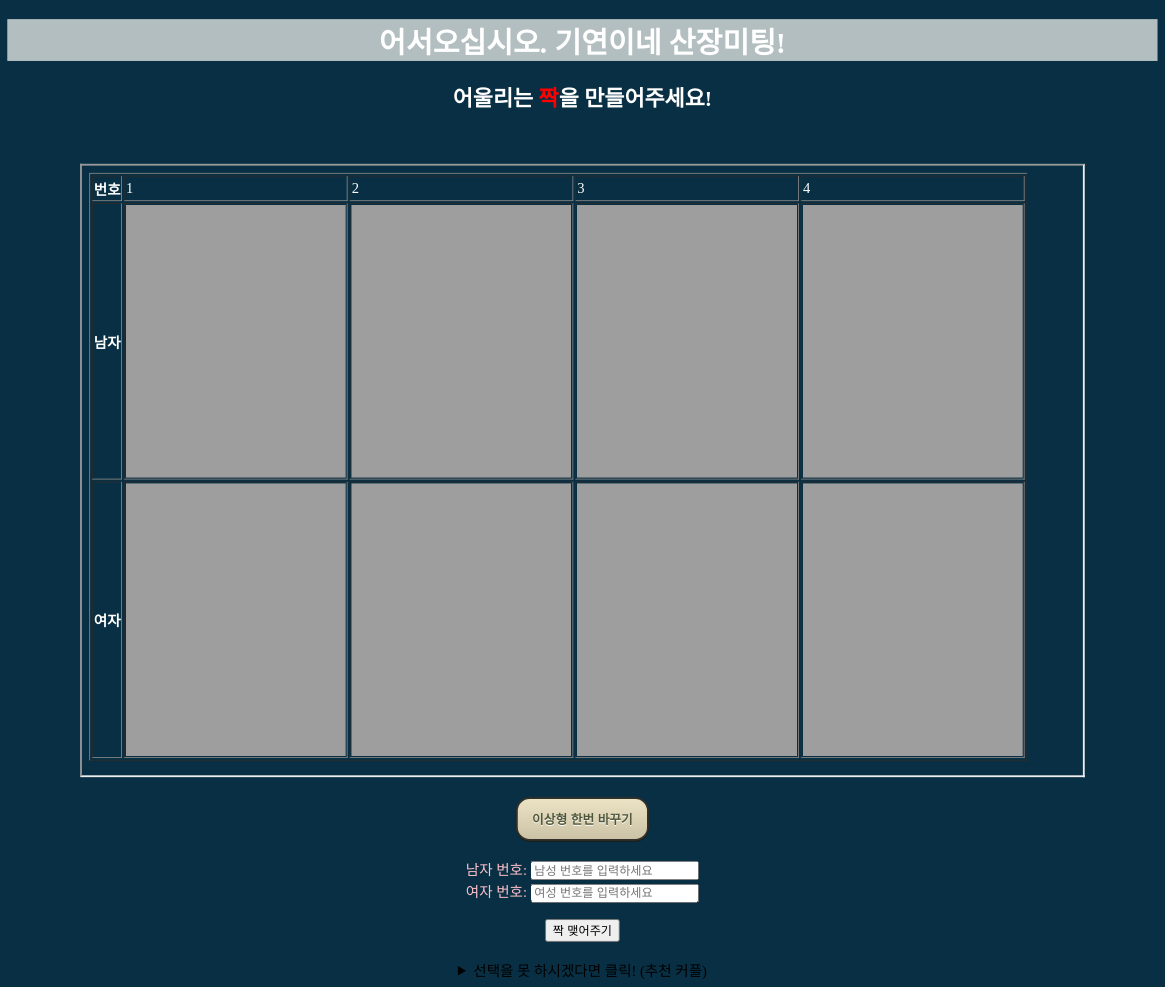
Repository: trapezer84/JSP
Page: http://localhost/AEA_Assignment/
The author's editor kept a copy of each file at every save. The page is drawn from the files as they stood at one save, then again after the next save.
The browser window is 1280 px wide. The pictures show the whole page, at 91% of full size.
The page is served by Tomcat 9.

Above is the page before, as saved 2016-02-05 01:24:42.

After the next save:
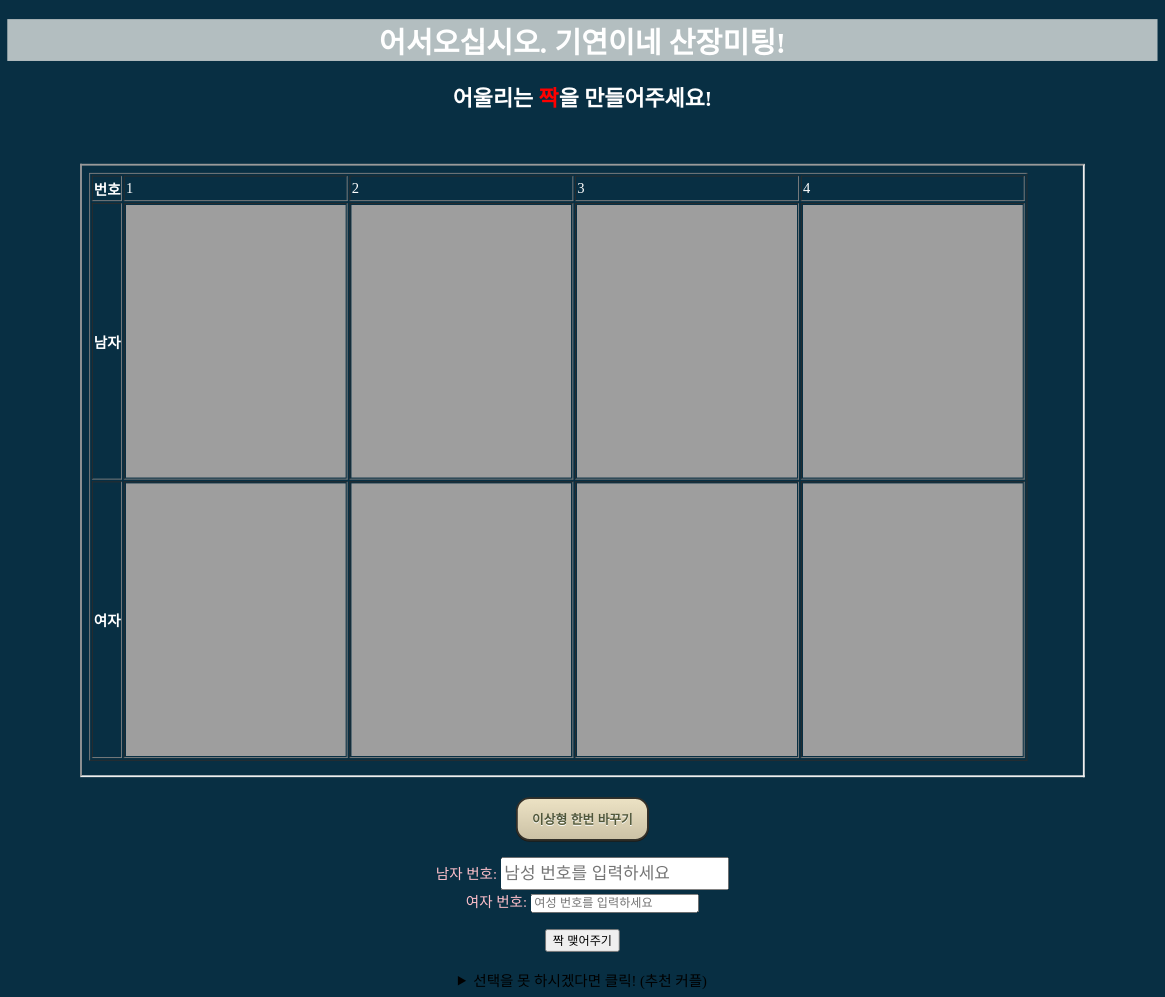
Saved 20 min 16 s later.
--- a/AEA_Assignment/WebContent/index.jsp
+++ b/AEA_Assignment/WebContent/index.jsp
@@ -81,7 +81,7 @@
 
 	<div align="center" style="color: pink">
 		<form method="post" action="/AEA_Assignment/result">
-			남자 번호: <input type="text" name="man" placeholder="남성 번호를 입력하세요"><br>
+			남자 번호: <input type="text" name="man" placeholder="남성 번호를 입력하세요" style="height:30px; font-size:14pt"><br>
 			여자 번호: <input type="text" name="woman" placeholder="여성 번호를 입력하세요"><br>
 			<br /> <input type="submit" value="짝 맺어주기">
 		</form>
